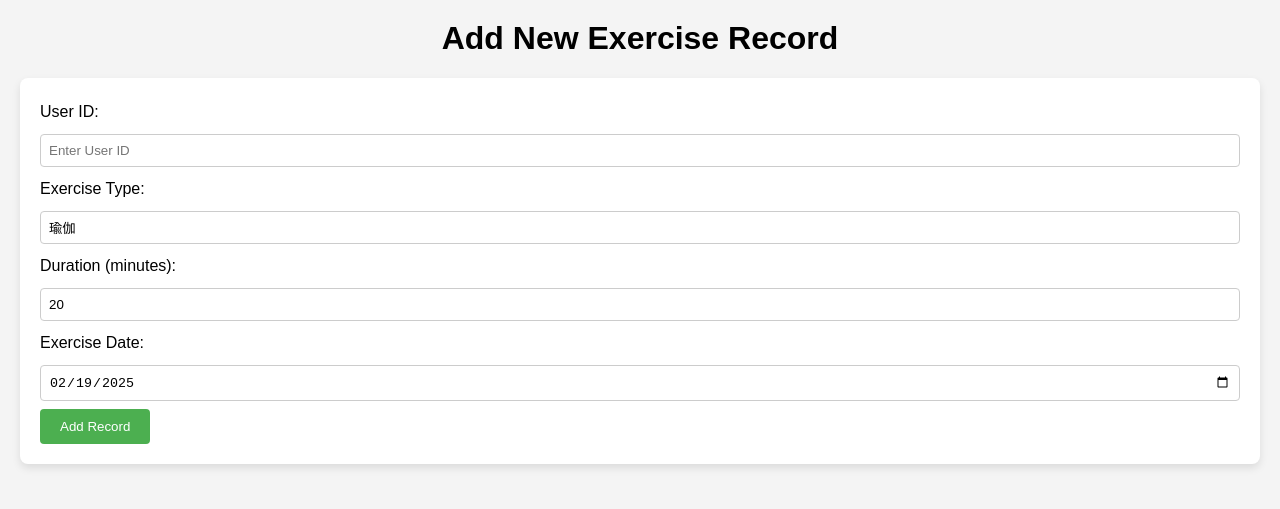
Repository: zilxhasu/eeit94-topic2
Page: http://localhost/topic2/jsp/addExerciseRecord.jsp
The author's editor kept a copy of each file at every save. The page is drawn from the files as they stood at one save, then again after the next save.
The browser window is 1280 px wide. The pictures show the whole page.
The page is served by Tomcat 10. Nobody is signed in. The application's start-up code is not run. Other server files are loaded and not shown.

Above is the page before, as saved 2025-02-22 12:49:05.

### topic2/src/main/webapp/jsp/addExerciseRecord.jsp
<%@ page language="java" contentType="text/html; charset=UTF-8" pageEncoding="UTF-8"%>
<%@ taglib prefix="c" uri="http://java.sun.com/jsp/jstl/core" %>

<!DOCTYPE html>
<html lang="en">
<head>
    <meta charset="UTF-8">
    <meta name="viewport" content="width=device-width, initial-scale=1.0">
    <title>Add Exercise Record</title>
    <style>
        /* 表單樣式 */
        body {
            font-family: Arial, sans-serif;
            background-color: #f4f4f4;
            margin: 0;
            padding: 0;
        }

        h1 {
            text-align: center;
            margin-top: 20px;
        }

        form {
            margin: 20px;
            background-color: #fff;
            padding: 20px;
            border-radius: 8px;
            box-shadow: 0 4px 8px rgba(0, 0, 0, 0.1);
        }

        label {
            display: block;
            margin: 5px 0;
        }

        input, select {
            width: 100%;
            padding: 8px;
            margin: 8px 0;
            box-sizing: border-box;
            border-radius: 4px;
            border: 1px solid #ccc;
        }

        button {
            padding: 10px 20px;
            background-color: #4CAF50;
            color: white;
            border: none;
            border-radius: 4px;
            cursor: pointer;
        }

        button:hover {
            background-color: #45a049;
        }
    </style>
</head>
<body>

    <h1>Add New Exercise Record</h1>

    <!-- 用戶輸入 User ID 並添加運動紀錄 -->
    <form action="../ExerciseRecordServlet" method="post">
        <input type="hidden" name="action" value="add">

        <label for="userId">User ID:</label>
        <input type="number" name="userId" required placeholder="Enter User ID">

        <label for="exerciseType">Exercise Type:</label>
        <input type="text" name="exerciseType" required placeholder="Enter Exercise Type" value="瑜伽">

        <label for="exerciseDuration">Duration (minutes):</label>
        <input type="number" name="exerciseDuration" required placeholder="Enter Duration" value="20">

        <label for="exerciseDate">Exercise Date:</label>
        <input type="date" name="exerciseDate" required id="exerciseDate">

        <button type="submit">Add Record</button>
    </form>

    <script>
        // 獲取當天日期
        const today = new Date().toISOString().split('T')[0]; // 轉換為 'YYYY-MM-DD' 格式
        document.getElementById('exerciseDate').value = today; // 設置為 input 的預設值
    </script>

</body>
</html>

After the next save:
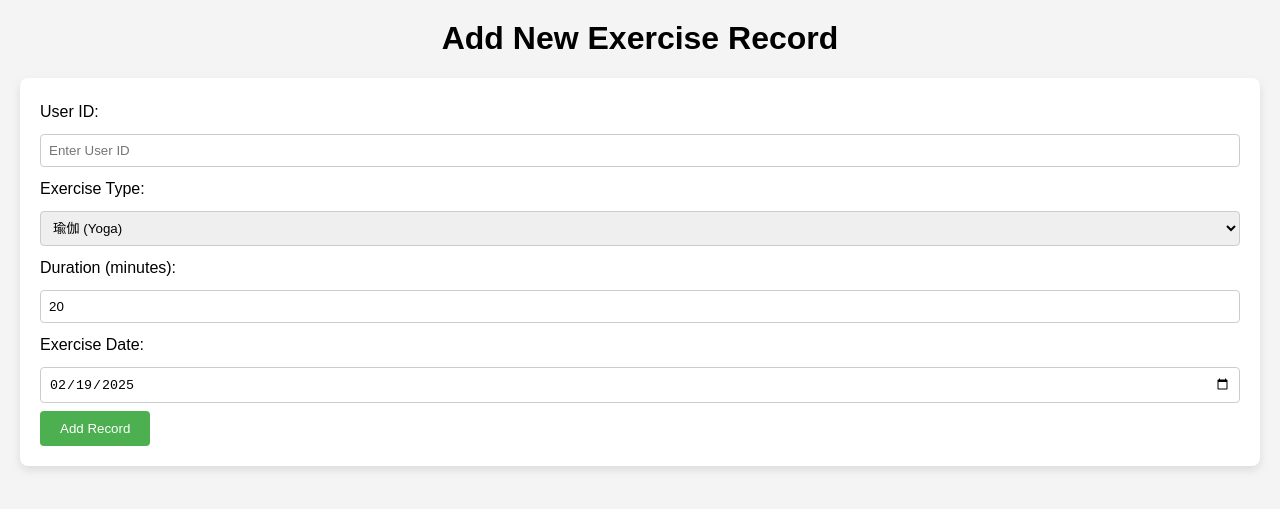
Saved 23 min 53 s later.
--- a/topic2/src/main/webapp/jsp/addExerciseRecord.jsp
+++ b/topic2/src/main/webapp/jsp/addExerciseRecord.jsp
@@ -69,7 +69,11 @@
         <input type="number" name="userId" required placeholder="Enter User ID">
 
         <label for="exerciseType">Exercise Type:</label>
-        <input type="text" name="exerciseType" required placeholder="Enter Exercise Type" value="瑜伽">
+        <select name="exerciseType" required>
+            <option value="瑜伽" selected>瑜伽 (Yoga)</option>
+            <option value="重訓">重訓 (Weight Training)</option>
+            <option value="有氧">有氧 (Cardio)</option>
+        </select>
 
         <label for="exerciseDuration">Duration (minutes):</label>
         <input type="number" name="exerciseDuration" required placeholder="Enter Duration" value="20">
